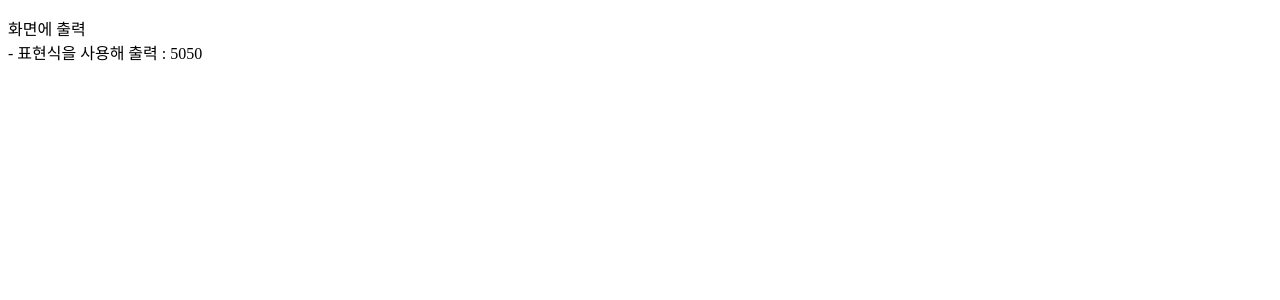
Repository: yoonseo0832/workspace
Page: http://localhost/2_jsp/views/1_Basic/2_scriptElement.jsp
An editor plug-in stored every save of this project. The page is shown before and after the next save, followed by the edit.
The browser window is 1280 px wide. The pictures show the whole page.
The page is served by Tomcat 9. Other server files are loaded and not shown.

Above is the page before, as saved 2025-03-20 01:44:18.

### 05_server/2_jsp/src/main/webapp/views/1_Basic/2_scriptElement.jsp
<%@ page language="java" contentType="text/html; charset=UTF-8"
    pageEncoding="UTF-8"%>
<!DOCTYPE html>
<html>
<head>
<meta charset="UTF-8">
<title>2_scriptElement</title>
</head>
<body>
	<%
		/*
			스크립틀릿 : 해당 영역 내에서는 자바 코드 작성 가능
		*/
		int sum =0;

		for(int i =0; i<=100; i++){
			sum +=i;
		}
	%>
	<p>
		화면에 출력<br>
		- 표현식을 사용해 출력 : <%= sum %> <br>
	</p>

</body>
</html>

After the next save:
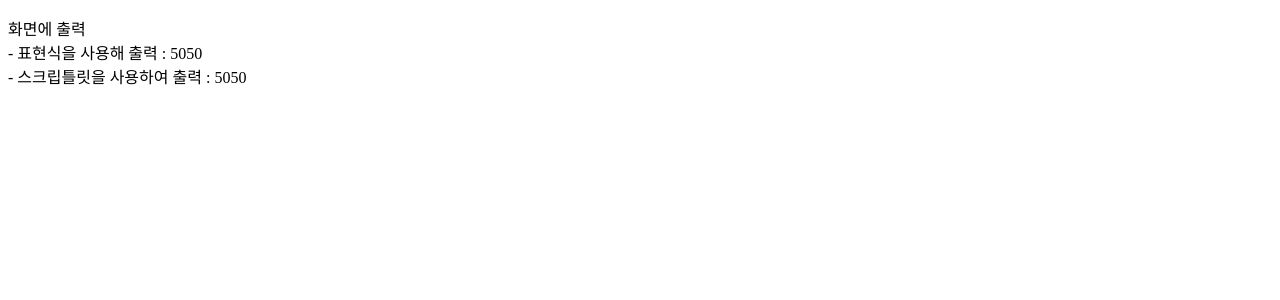
Saved 34 s later.
--- a/05_server/2_jsp/src/main/webapp/views/1_Basic/2_scriptElement.jsp
+++ b/05_server/2_jsp/src/main/webapp/views/1_Basic/2_scriptElement.jsp
@@ -20,6 +20,7 @@
 	<p>
 		화면에 출력<br>
 		- 표현식을 사용해 출력 : <%= sum %> <br>
+		- 스크립틀릿을 사용하여 출력 : <% out.println(sum); %>
 	</p>
 
 </body>
